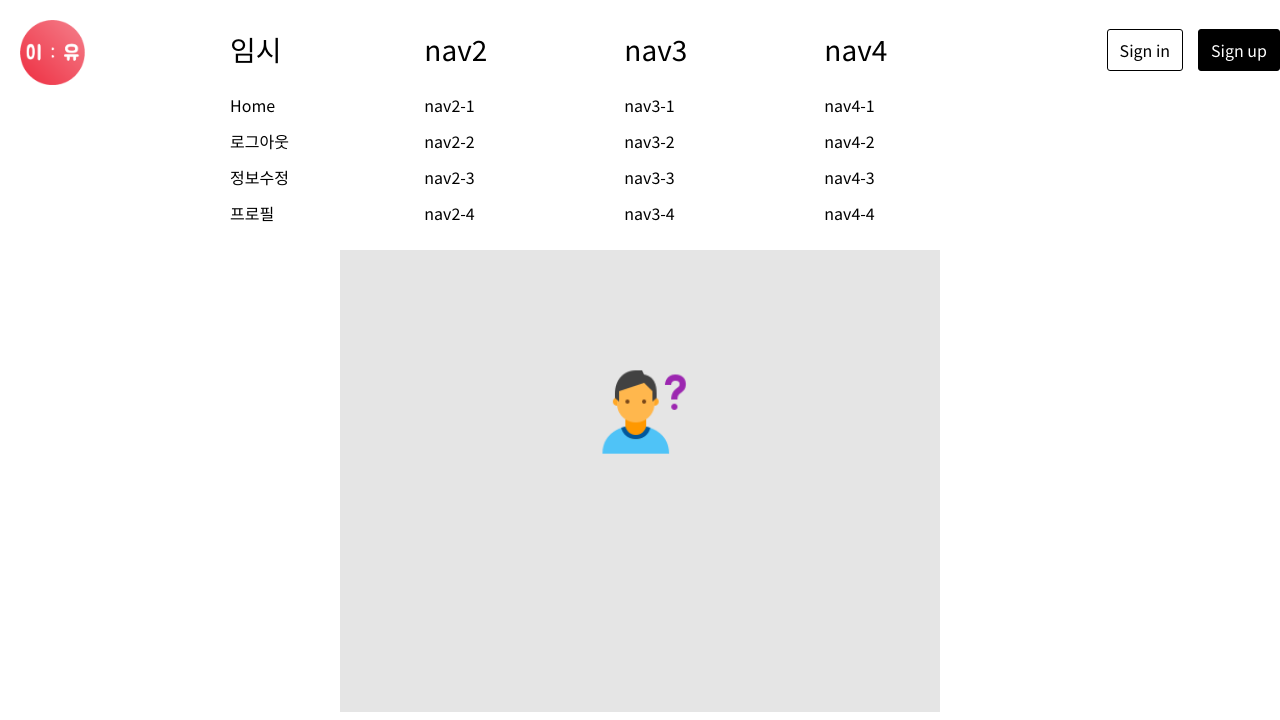
Repository: ryuwc/E_U
Page: /feeling (app in final-pjt-front/)
The author's editor kept a copy of each file at every save. The page is drawn from the files as they stood at one save, then again after the next save.
The browser window is 1280 px wide. The pictures show the whole page.
The page's requests for data from a server got no answer. Some web libraries are served in a nearby version. The project was rebuilt for these pictures with package versions that can differ from the ones it lists, and the page was loaded fresh each time. No one was signed in, and anything a server would have sent is missing. Also part of the build but not shown: final-pjt-front/vue.config.js.

Above is the page before, as saved 2022-11-23 12:44:24.

### final-pjt-front/public/index.html
<!DOCTYPE html>
<html lang="">
  <head>
    <meta charset="utf-8">
    <meta http-equiv="X-UA-Compatible" content="IE=edge">
    <meta name="viewport" content="width=device-width,initial-scale=1.0">
    <link rel="icon" href="<%= BASE_URL %>favicon.ico">
    <title>이:유</title>
    <link href="https://cdn.jsdelivr.net/npm/bootstrap@5.2.0/dist/css/bootstrap.min.css" rel="stylesheet" integrity="sha384-gH2yIJqKdNHPEq0n4Mqa/HGKIhSkIHeL5AyhkYV8i59U5AR6csBvApHHNl/vI1Bx" crossorigin="anonymous">
    <link rel="preconnect" href="https://fonts.googleapis.com">
    <link rel="preconnect" href="https://fonts.gstatic.com" crossorigin>
    <link href="https://fonts.googleapis.com/css2?family=Pacifico&display=swap" rel="stylesheet">

    <!-- 온보딩 -->
    <link rel="preconnect" href="https://fonts.googleapis.com" />
    <link rel="preconnect" href="https://fonts.gstatic.com" crossorigin />
    <link href="https://fonts.googleapis.com/css2?family=Noto+Sans+KR:wght@300;400;500;700&display=swap" rel="stylesheet" />
  </head>
  <body>
    <noscript>
      <strong>We're sorry but <%= htmlWebpackPlugin.options.title %> doesn't work properly without JavaScript enabled. Please enable it to continue.</strong>
    </noscript>
    <div id="app"></div>
    <!-- built files will be auto injected -->
    <script src="https://cdn.jsdelivr.net/npm/bootstrap@5.2.0/dist/js/bootstrap.bundle.min.js" integrity="sha384-A3rJD856KowSb7dwlZdYEkO39Gagi7vIsF0jrRAoQmDKKtQBHUuLZ9AsSv4jD4Xa" crossorigin="anonymous"></script>
    <script src="https://kit.fontawesome.com/703c5975bf.js" crossorigin="anonymous"></script>
  </body>
</html>

### final-pjt-front/src/main.js
import Vue from 'vue'
import App from './App.vue'
import store from './store'
import router from './router'
import './assets/tailwind.css'

Vue.config.productionTip = false

new Vue({
  store,
  router,
  render: h => h(App)
}).$mount('#app')

### final-pjt-front/src/App.vue
<template>
  <div id="app">
    <body>
      <header id="header">
        <div class="header">

          <img src="./image/logo.png"
          style="width: 65px; height: 65px; margin-left: 20px; margin-top: 20px; margin-bottom: 20px;"
          >

          <nav>
            <ul>
              <li>
                <div class="list">
                  <h3 class="nav_text">임시</h3>
                  <div class="hidden_nav_list">
                    <a href="">
                      <router-link  to="/home"><p class="hidden_nav_list_text">Home</p></router-link>
                    </a>
                    <a href="" @click.prevent="logOut">
                      <p class="hidden_nav_list_text">로그아웃</p>
                    </a>
                    <a href="">
                      <router-link to="/edit"><p class="hidden_nav_list_text">정보수정</p></router-link>
                    </a>
                    <a href="">
                      <router-link to="/profile"><p class="hidden_nav_list_text">프로필</p></router-link>
                    </a>
                  </div>
                </div>
              </li>
              <li>
                <div class="list">
                  <h3 class="nav_text">nav2</h3>
                  <div class="hidden_nav_list">
                    <a href="">
                      <p class="hidden_nav_list_text">nav2-1</p>
                    </a>
                    <a href="">
                      <p class="hidden_nav_list_text">nav2-2</p>
                    </a>
                    <a href="">
                      <p class="hidden_nav_list_text">nav2-3</p>
                    </a>
                    <a href="">
                      <p class="hidden_nav_list_text">nav2-4</p>
                    </a>
                  </div>
                </div>
              </li>
              <li>
                <div class="list">
                  <h3 class="nav_text">nav3</h3>
                  <div class="hidden_nav_list">
                    <a href="">
                      <p class="hidden_nav_list_text">nav3-1</p>
                    </a>
                    <a href="">
                      <p class="hidden_nav_list_text">nav3-2</p>
                    </a>
                    <a href="">
                      <p class="hidden_nav_list_text">nav3-3</p>
                    </a>
                    <a href="">
                      <p class="hidden_nav_list_text">nav3-4</p>
                    </a>
                  </div>
                </div>
              </li>
              <li>
                <div class="list">
                  <h3 class="nav_text">nav4</h3>
                  <div class="hidden_nav_list">
                    <a href="">
                      <p class="hidden_nav_list_text">nav4-1</p>
                    </a>
                    <a href="">
                      <p class="hidden_nav_list_text">nav4-2</p>
                    </a>
                    <a href="">
                      <p class="hidden_nav_list_text">nav4-3</p>
                    </a>
                    <a href="">
                      <p class="hidden_nav_list_text">nav4-4</p>
                    </a>
                  </div>
                </div>
              </li>
            </ul>
          </nav>

          <div class="header_button_group">
            <router-link v-if="!isLogin" to="/login"><button class="header_button_signin" style="color: black;">Sign in</button></router-link>
            <router-link v-if="!isLogin" to="/signup"><button class="header_button_signup">Sign up</button></router-link>
          </div>
        </div>
      </header>
    </body>


    <!-- 임시로 사용한 네브바 -->
    <!-- <nav>
      <router-link  to="/home">| Home |</router-link>
      <router-link v-if="!isLogin" to="/signup">| Sign Up |</router-link>
      <router-link v-if="!isLogin" to="/login">Login |</router-link>
      <button v-if="isLogin" @click="logOut">로그아웃 |</button>
      <router-link v-if="isLogin" to="/edit">정보수정</router-link> |
      <router-link v-if="isLogin" to="/profile">Profile |</router-link>
      <router-link to="/practice">연습</router-link> |
    </nav> -->

    <router-view />
  </div>
</template>

<script>
import { mapActions, mapGetters } from 'vuex';

const moviesStore = 'moviesStore';

export default {
  name: 'App',

  data() {
    return {
      header: null,
      logo: null,
      navText: null,
      hiddenNavText: null,
      headerBtnSignin: null,
    };
  },
  methods: {
    ...mapActions('accountsStore', ['logOut']),
    ...mapActions(moviesStore, ['getMovies']),
    ...mapActions(moviesStore, ['getNowMovies']),
    getId: (id) => {
      return document.getElementById(id);
    },
    getClass: (className) => {
      return document.getElementsByClassName(className);
    },
    test() {
      return console.log(this.getId('header'));
    },
    handleHoverHeader() {
      this.header.style.backgroundColor = '#fff';
      this.header.style.height = '250px';
      // if (this.headerBtnSignin) {
      //   this.headerBtnSignin[0].style.color = '#000';
      // }
      // this.logo.src = 'https://e7.pngegg.com/pngimages/941/692/png-clipart-black-small-apple-logo-logo-material-apple-logo.png';
      Object.values(this.navText).map((text) => (text.style.color = '#000'));
      Object.values(this.hiddenNavText).map((text) => {
        text.style.display = 'block';
        text.style.color = '#000';
      });
    },
    handleLeaveHeader() {
      this.header.style.backgroundColor = 'rgba(0,0,0,0)';
      this.header.style.height = '100px';
      // if (this.headerBtnSignin) {
      //   this.headerBtnSignin[0].style.color = '#fff';
      // }
      // this.logo.src = 'https://e7.pngegg.com/pngimages/941/692/png-clipart-black-small-apple-logo-logo-material-apple-logo.png';
      Object.values(this.navText).map((text) => (text.style.color = '#fff'));
      Object.values(this.hiddenNavText).map((text) => {
        text.style.display = 'none';
        text.style.color = '#000';
      });
    },
    main: () => {
      // header = this.getId('header');
    },
  },
  computed: {
    ...mapGetters('accountsStore', ['isLogin']),
    ...mapGetters('accountsStore', ['nickname']),
  },
  created() {
    this.getMovies(), this.getNowMovies();
  },
  mounted() {
    this.header = this.getId('header');
    this.logo = this.getId('logo');
    this.navText = this.getClass('nav_text');
    this.hiddenNavText = this.getClass('hidden_nav_list_text');
    this.headerBtnSignin = this.getClass('header_button_signin');
    // console.log(this.header);
    this.header.addEventListener('mouseover', this.handleHoverHeader);
    this.header.addEventListener('mouseleave', this.handleLeaveHeader);
  },
};
</script>


<style scoped>

body {
  margin: 0;
  padding: 0;
  width: 100%;
  height: 100%;
  background-color: white;
  color: white;
  font-family: 'Noto Sans KR', sans-serif;
}

body::-webkit-scrollbar {
  display: none;
}

h1,
h2,
h3,
h4,
h5,
h6,
ul,
li,
p {
  margin: 0;
  padding: 0;
}

ul {
  display: flex;
  height: 100%;
  list-style-type: none;
  color: inherit;
}

li {
  display: flex;
  justify-content: center;
  align-items: center;
  width: 120px;
  height: 100%;
  text-align: center;
  margin-right: 80px;
}

a {
  text-decoration: none;
  color: inherit;
}

button {
  background-color: #000;
  padding: 8px 12px;
  border: 1px solid #000;
  cursor: pointer;
  border-radius: 3px;
  color: white;
  height: fit-content;
}

button:hover {
  transform: scale(1.05);
}

button:active {
  transform: scale(0.97);
}

header {
  position: absolute;
  top: 0;
  width: 100%;
  /* height: 300px; */
  height: 100px;
  transition: 0.2s ease-in-out;
  z-index: 100;
  background-color: rgba(0, 0, 0, 0);
  overflow: hidden;
}

#header {
  display: flex;
  justify-content: center;
}

.header {
  display: flex;
  justify-content: space-between;
  width: 1280px;
  height: 100px;
}

.header_wrapper {
  display: flex;
  justify-content: space-between;
  /* width: 1280px; */
}

.logo {
  display: flex;
  align-items: center;
  width: 100px;
  height: 100px;
}

.logo img {
  width: 100%;
}

.header_button_group {
  display: flex;
  align-items: center;
  height: 100%;
}

.header_button_signin {
  margin-right: 15px;
  background-color: transparent;
}

.list {
  position: relative;
}

.hidden_nav_list {
  position: absolute;
  top: 60px;
  left: 0;
  width: 120px;
  text-align: left;
}

.hidden_nav_list p {
  margin-bottom: 12px;
  cursor: pointer;
}

.section {
  position: relative;
  width: 100vw;
  height: 100vh;
  transition: all 700ms ease 0s;
}

.section_text {
  position: absolute;
  display: flex;
  justify-content: center;
  width: 100vw;
  z-index: 2;
  top: 150px;
}

.section_header {
  top: 200px;
}

.section_text div {
  width: 1280px;
}

.section_text h2 {
  font-size: 64px;
  text-shadow: 2px 2px 2px #000;
}

.img {
  position: absolute;
  width: 100%;
  height: 100vh;
}

.img img {
  width: 100%;
  height: 100vh;
}

.more_btn {
  top: unset;
  bottom: 100px;
}

.more_btn button {
  width: 200px;
  height: 40px;
  background-color: #eee;
  border: 1px solid #000;
  color: #000;
  border: none;
  box-shadow: 2px 2px 5px rgba(0, 0, 0, 0.5);
}

#section_1_title,
#section_2_title,
#section_3_title,
#section_4_title,
#section_5_title,
#section_6_title {
  opacity: 0;
  transition: 0.5s ease-in-out;
  transition-delay: 0.5s;
  margin-left: 100px;
}

#section_6_btn {
  opacity: 0;
  transition: 0.5s ease-in-out;
  transition-delay: 0.5s;
  transform: translateY(100px);
}

#section_1_title {
  margin-left: 0;
}

.balls {
  width: 10em;
  display: flex;
  flex-flow: row nowrap;
  align-items: center;
  justify-content: space-between;
}

.balls div {
  width: 3em;
  height: 3em;
  border-radius: 50%;
  background-color: #fc2f70;
  transform: translateY(-100%);
  animation: wave 3s ease-in-out alternate infinite;
}

.balls div:nth-of-type(1) {
  animation-delay: -0.4s;
}

.balls div:nth-of-type(2) {
  animation-delay: -0.2s;
}
.balls div:nth-of-type(3) {
  animation-delay: -0.1s;
}

@keyframes wave {
  from {
    transform: translateY(-50%);
  }
  to {
    transform: translateY(50%);
  }
}

</style>

### final-pjt-front/src/store/index.js
import Vue from 'vue'
import Vuex from 'vuex'
import accountsStore from './modules/accountsStore'
import moviesStore from './modules/moviesStore';
import createPersistedState from "vuex-persistedstate";
import VuexPersistence from 'vuex-persistedstate'

Vue.use(Vuex)

const vuexLocal = new VuexPersistence({
  storage: window.localStorage,
  modules: ['accountsStore'],
})

export default new Vuex.Store({
  plugins: [createPersistedState()],

  state: {
  },
  getters: {
  },
  mutations: {
  },
  actions: {
  },
  modules: {
    accountsStore: accountsStore,
    moviesStore: moviesStore,
    plugins: [vuexLocal.plugin],
  }
})

### final-pjt-front/src/router/index.js
import Vue from 'vue'
import VueRouter from 'vue-router'

Vue.use(VueRouter)

const routes = [
  {
    path: '/signup',
    name: 'SignView',
    component: () => import('../views/accounts/SignUpView.vue')
  },
  {
    path: '/login',
    name: 'LoginView',
    component: () => import('../views/accounts/LoginView.vue'),

  //   beforeEnter(to, from, next) {
  //     // 이미 로그인 되어있는 경우
  //     this.$store.getters[accountsStore + "/i"] ? next({ name: "home" }) : next();
  //     to, from, next;
  //     console.log();
  //     // if (localStorage.getItem('token')) {
  //     //   // 메인 페이지로 이동
  //     //   next({ name: 'main' });
  //     // } else {
  //     //   next();
  //     // }
  //   }
  },
  {
    path: '/edit',
    name: 'EditUserView',
    component: () => import('../views/accounts/EditUserView.vue')
  },
  {
    path: '/profile/:id',
    name: 'ProfileView',
    component: () => import('../views/accounts/ProfileView.vue')
  },
  // {
  //   path: '/',
  //   name: 'IntroPageView',
  //   component: () => import('../views/movies/IntroPageView.vue')
  // },
  {
    path: '/home',
    name: 'MovieView',
    component: () => import('../views/movies/MovieView.vue')
  },
  {
    path: '/practice',
    name: 'PracticeView',
    component: () => import('../views/accounts/PracticeView.vue')
  },
  {
    path: '/test',
    name: 'TestView',
    component: () => import('../views/accounts/TestView.vue')
  },
  {
    path: '/choice',
    name: 'ChoiceMovieView',
    component: () => import('../views/accounts/ChoiceMovieView.vue')
  },
  {
    path: '/random',
    name: 'RandomMovieView',
    component: () => import('../views/movies/RandomMovieView.vue')
  },
  {
    path: '/feeling',
    name: 'FeelingMovieView',
    component: () => import('../views/movies/FeelingMovieView.vue')
  },
  {
    path: '/movies/:id',
    name: 'MovieDetailInfoView',
    component: () => import('../views/movies/MovieDetailInfoView.vue')
  },
  {
    path: '/',
    name: 'onBoardingView',
    component: () => import('../views/onBoardingView.vue')
  },
  {
    path: '/test2',
    name: 'TestTwoView',
    component: () => import('../views/TestTwoView.vue')
  },
  {
    path: '/test3',
    name: 'TestThree',
    component: () => import('../views/testThree.vue')
  },
  {
    path: '/maintest',
    name: 'MainTest',
    component: () => import('../views/MainTest.vue')
  },
  {
    path: '*',
    name: 'NotPound404View',
    component: () => import('../views/NotPound404View.vue')
  },
]

const router = new VueRouter({
  mode: 'history',
  base: process.env.BASE_URL,
  routes
})

// 로컬스토리지에서 토큰 가져오기
// console.log(JSON.parse(localStorage.getItem("vuex")).accountsStore.token);


// // 전역 가드
// router.beforeEach((to, from, next) => {
//   // 로그인 되어 있는지 확인 (위의 방법 확인)
//   const isLogin = JSON.parse(localStorage.getItem("vuex")).accountsStore.token ? true : false;
//   // 로그인이 필요한 페이지
//   const authPages = ['EditUserView', 'profile'];
//   // 앞으로 이동할 페이지(to)가 로그인이 필요한 페이지에 속하는지 확인
//   const authRequired = authPages.includes(to.name);
//   // 로그인이 필요한 페이지에 로그인이 되어 있지 않으면 로그인 페이지로 이동
//   if (authRequired && !isLogin) {
//     next('/login');
//     // 로그인이 필요 없는 페이지에 로그인이 되어 있으면 메인 페이지로 이동
//   } else{
//     next();
//   }
// })

export default router

### final-pjt-front/src/store/modules/accountsStore.js
import axios from "axios";
import router from "@/router";

const API_URL = "http://127.0.0.1:8000";

const accountsStore = {
  namespaced: true,
  state: {
    token: "",
    user: {},
    usernames: [],
  },
  getters: {
    authHead: (state) => ({ Authorization: `Token ${state.token}` }),
    user: (state) => state.user,
    username: (state) => state.user.username,
    nickname: (state) => state.user.nickname || state.user.username,
    isLogin: (state) => state.token ? true : false,
    usernames: (state) => state.usernames,

  },
  mutations: {
    SET_TOKEN: (state, token) => ( state.token = token ),
    SET_USER: (state, user) => (state.user = user),
  },
  actions: {
    test() {
      console.log("test");
    },
    getUserInfo({ commit, getters }, username) {
      axios({
        method: "get",
        url: `${API_URL}/accounts/profile/${username}`,
        headers: getters.authHead,
      })
        .then((res) => {
          console.log(res.data);
          commit("SET_USER", res.data);
        })
        .catch((err) => {
          console.log(err);
        });
    },

    signUp({ state }, user) {
      // console.log("sign up");
      // console.log(user);
      let signUpuser = {
        username: user.username,
        nickname: user.nickname,
        password1: user.password1,
        password2: user.password2,
      };
      if (!user.nickname) {
        signUpuser = {
          username: user.username,
          password1: user.password1,
          password2: user.password2,
        };
      }
      // console.log(signUpuser);
      axios({
        method: "post",
        url: "http://127.0.0.1:8000/accounts/signup/",
        data: { ...signUpuser },
      })
        .then((res) => {
          res
          state.usernames.push(user.username);
          router.push({ name: "LoginView" });
        })
        .catch((err) => {
          console.log(err);
        });
    },
    login({ commit, dispatch }, user) {
        // console.log(user);
        axios({
          method: 'post',
          url: `${API_URL}/accounts/login/`,
          data: { ...user },
        })
        .then(res => {
          // console.log(res);
          commit('SET_TOKEN', res.data.key);
          dispatch('getUserInfo', user.username);
        })
        .catch((err) => {
          console.log(err);
        });
      },
      logOut({ commit, getters }) {
        // console.log("logout", getters.authHead);
        axios({
          method: 'post',
          url: `${API_URL}/accounts/logout/`,
          headers: getters.authHead,
        })
        .then(res => {
          console.log(res);
          commit('SET_TOKEN', '');
          commit('SET_USER', {});
        })
        .catch(err => {
          console.log(err);
        })
      },
      editUserInfo({ dispatch, commit, getters }, user) {
        // console.log(user);
        commit
        user
        const userOrigin = getters.user;
        // console.log(userOrigin);
        const userNew = { ...userOrigin, ...user };
        // console.log(userNew);
        // console.log(getters.authHead);
        axios({
          method: 'put',
          url: `${API_URL}/accounts/profile/${getters.username}/`,
          data: { ...userNew },
          headers: getters.authHead,
        })
        .then(res => {
          console.log(res);
          // commit('SET_USER', res.data);
          dispatch('getUserInfo', res.data.username);
        })
      },
      editPassword({ getters }, password) {
        // console.log(password);
        axios({
          method: 'post',
          url: `${API_URL}/accounts/password/change/`,
          headers: getters.authHead,
          data: { ...password },
        })
        .then(() => {
          alert('비밀번호 변경에 성공했습니다.');
        })
        .catch(err => {
          console.log(err);
        })
      },
  }
}

export default accountsStore

### final-pjt-front/src/views/movies/FeelingMovieView.vue
<template>
  <body style="margin-top: 7rem; top: 0;">
    <div class="menu">
      <div class="toggle" @click="toggle"><img style="margin-left: 3px; height: 100px; width: 100px;" src="data:[embedded picture, 4190 characters]"></div>
      <li style="--i:0;--clr:#fff;">
        <a href="#">
          <img style="width: 100px; height: 100px;" src="data:[embedded picture, 3262 characters]">
        </a>
      </li>
      <li style="--i:1;--clr:#fff;">
        <a href="#"><img style="width: 100px; height: 100px;" src="data:[embedded picture, 2894 characters]"></a>
      </li>
      <li style="--i:2;--clr:#fff;">
        <a href="#"><img style="width: 100px; height: 100px;" src="data:[embedded picture, 4482 characters]"></a>
      </li>
      <li style="--i:3;--clr:#fff;">
        <a href="#"><img style="width: 100px; height: 100px;" src="data:[embedded picture, 3890 characters]"></a>
      </li>
      <li style="--i:4;--clr:#fff;">
        <a href="#"><img style="width: 100px; height: 100px;" src="data:[embedded picture, 3314 characters]"></a>
      </li>
      <li style="--i:5;--clr:#fff;">
        <a href="#"><img style="width: 100px; height: 100px;" src="data:[embedded picture, 3470 characters]"></a>
      </li>

    </div>
  </body>
</template>

<script>
export default {
  name: 'FeelingMovieView',

  data() {
    return {

    };
  },

  mounted() {

  },

  methods: {
    toggle() {
      const menu = document.querySelector('.menu');
      menu.classList.toggle('active');
    }
  },
};
</script>

<style scoped>
.menu {
  position: relative;
  width: 600px;
  height: 600px;
  background: rgba(0, 0, 0, 0.1);
  display: flex;
  justify-content: center;
  align-items: center;
  margin-left: auto;
  margin-right: auto;
  margin-top: 100px;
}

.menu .toggle {
  position: relative;
  width: 60px;
  height: 60px;
  /* background: #fff; */
  border-radius: 50%;
  /* box-shadow: 0 3px 4px rgba(0, 0, 0, 0.15); */
  display: flex;
  justify-content: center;
  align-items: center;
  cursor: pointer;
  transition: 1.25s;
}

.menu.active .toggle {
  transform: rotate(360deg);
  box-shadow: 0, 6px, 6px, rgba(0, 0, 0, 0.15), 0 0 0 2px #333, 0 0 0 8px #fff
}

.menu li {
  position: absolute;
  left: 0;
  list-style: none;
  transition: 0.5s;
  transform: rotate(calc(360deg / 6 * var(--i)));
  transform-origin: 300px;
  scale: 0;
  transition-delay: calc(0.05s * var(--i));
}

.menu.active li {
  scale: 1;
}

.menu li a {
  position: relative;
  display: flex;
  transform: rotate(calc(360deg / -6 * var(--i)));

}

</style>

### final-pjt-front/tailwind.config.js
/** @type {import('tailwindcss').Config} */
module.exports = {
  corePlugins: {
    preflight: false,
  },
  content: [
      './src/views/accounts/*.{vue,js,ts,jsx,tsx}',
      './src/views/movies/MovieDetailInfoView.vue',
      './src/views/NotPound404View.vue',
      './src/components/ReviewCandi1.vue',
      './src/views/TestTwoView.vue',
      // './src/components/MoviveCard.vue',
      './src/components/PosterSlider.vue',
      './src/components/MovieClip.vue',
      './src/components/MovieDetailR.vue',
    ],
  theme: {
    extend: {},
  },
  plugins: [],
}

Loaded but not shown: final-pjt-front/src/assets/tailwind.css (common file); final-pjt-front/src/store/modules/moviesStore.js (237 lines, source omitted)

After the next save:
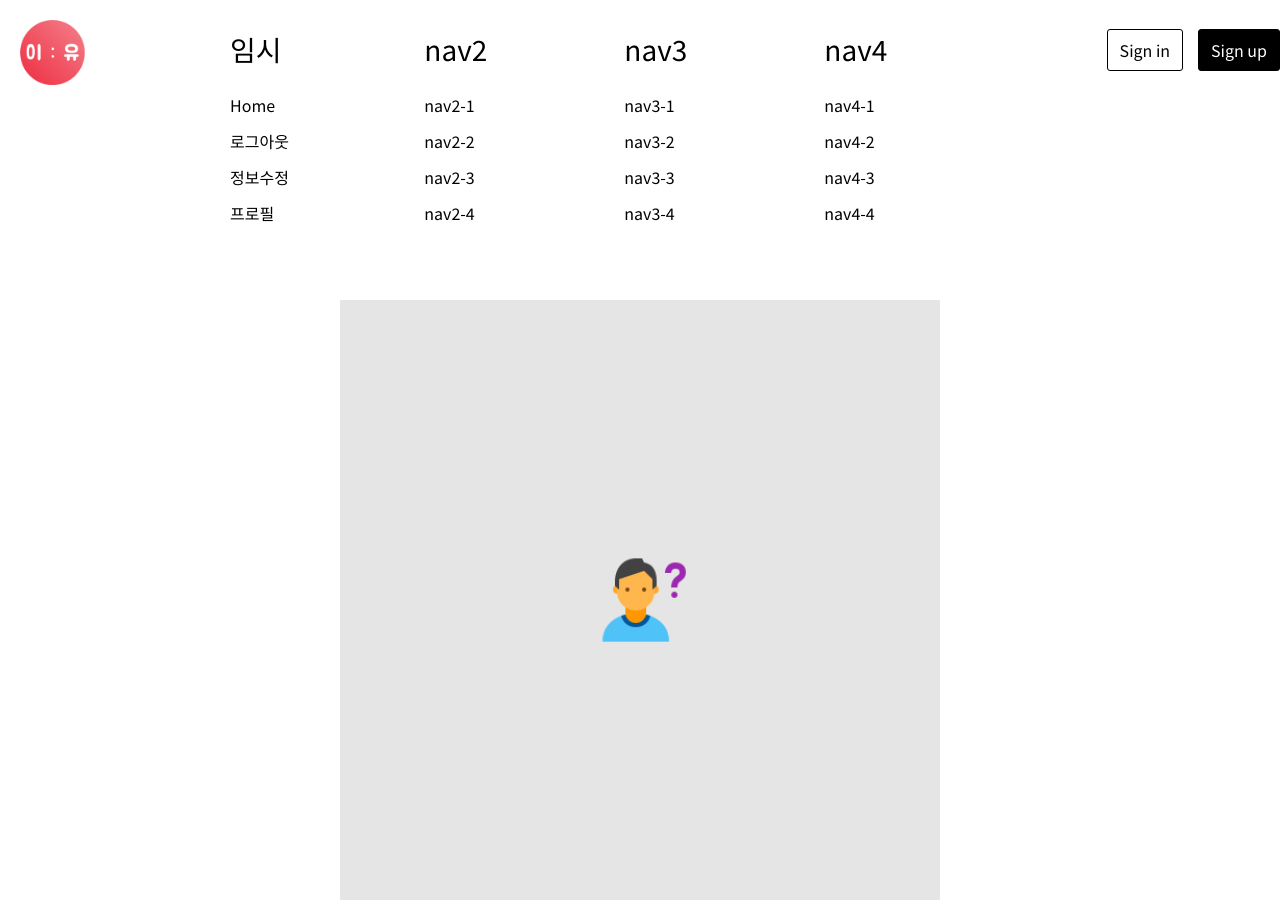
Saved 5 s later.
--- a/final-pjt-front/src/views/movies/FeelingMovieView.vue
+++ b/final-pjt-front/src/views/movies/FeelingMovieView.vue
@@ -61,7 +61,7 @@ export default {
   align-items: center;
   margin-left: auto;
   margin-right: auto;
-  margin-top: 100px;
+  margin-top: 300px;
 }
 
 .menu .toggle {
